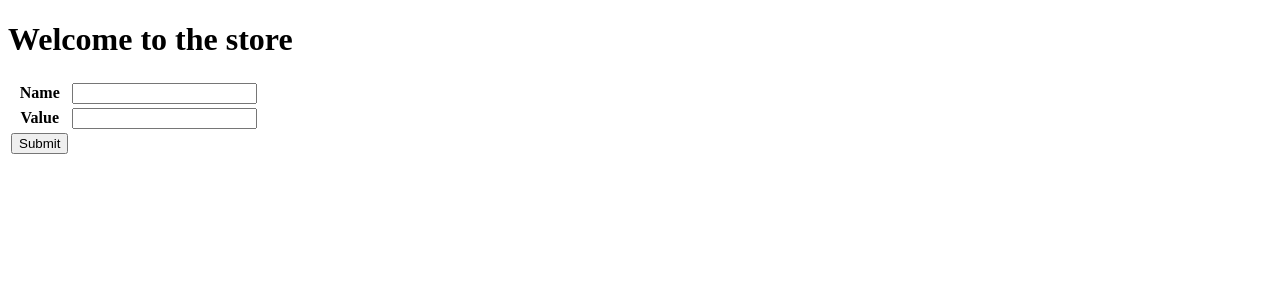
Repository: Indra0011/git_java_practice
Page: eclipse-workspace/servletSessionTracking/src/main/webapp/index.html
The author's editor kept a copy of each file at every save. The page is drawn from the files as they stood at one save, then again after the next save.
The browser window is 1280 px wide. The pictures show the whole page.

Above is the page before, as saved 2023-10-05 05:24:20.

After the next save:
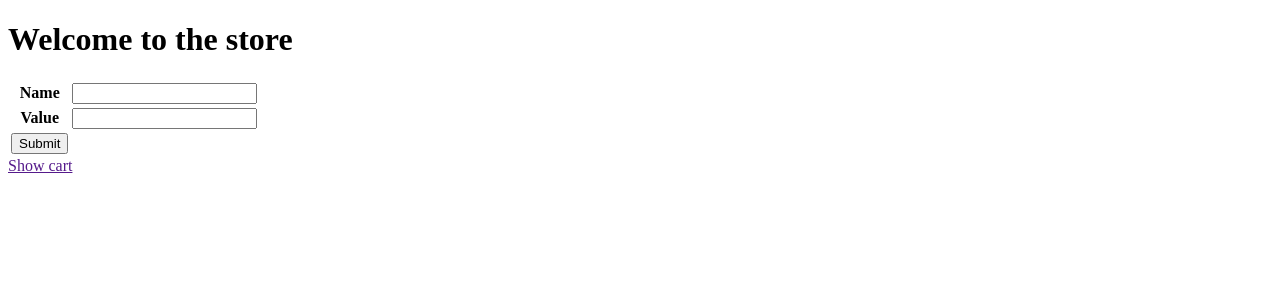
Saved 61 s later.
--- a/eclipse-workspace/servletSessionTracking/src/main/webapp/index.html
+++ b/eclipse-workspace/servletSessionTracking/src/main/webapp/index.html
@@ -22,6 +22,6 @@
 			</tr>
 		</table>
 	</form>
-
+	<a href="">Show cart</a>
 </body>
 </html>
